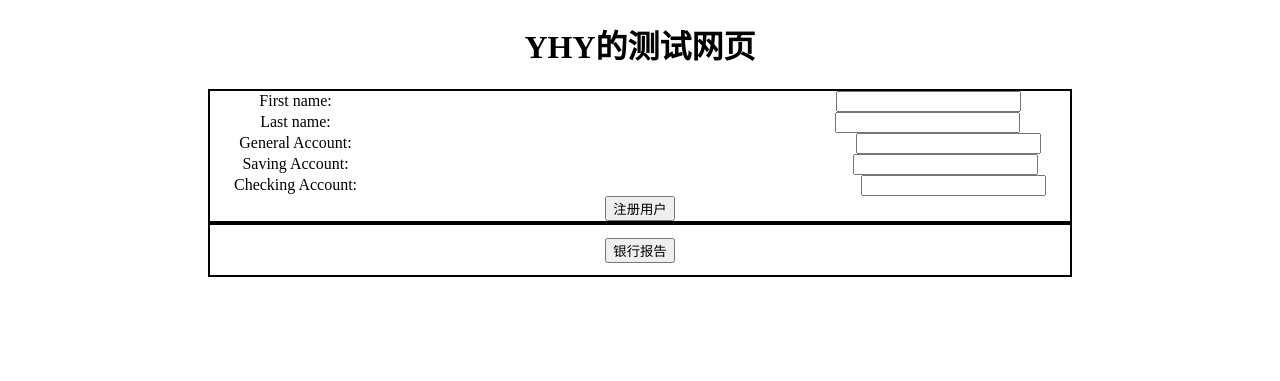
Repository: Darkmoon1/Bank-java-
Page: Bank/myBank/WebContent/home.html
These files come from the project's save history. The page is drawn as it stood at one moment and after the next save; the edit follows.
The browser window is 1280 px wide. The pictures show the whole page.

Above is the page before, as saved 2017-07-13 18:16:48.

### Bank/myBank/WebContent/home.html
<!DOCTYPE html>
<html lang="en">
<head>
	<meta charset="UTF-8">
    <meta name="viewport"
          content="width=device-width, user-scalable=no, initial-scale=1.0, maximum-scale=1.0, minimum-scale=1.0">
    <meta http-equiv="X-UA-Compatible" content="text/html">
    <script type="text/javascript" src="js/jquery.js"></script>
    <script type="text/javascript" src="js/test.js"></script>
    <style type="text/css">
    body{
        text-align:center;
    }
    div{
    	border: 2px solid black;
    	margin-left: 200px;
    	margin-right: 200px;
    }

    h1{
    	left:
    }
    .re{
    	height: 50px;
    }
    #report{
    	margin-top: 13px;
    }
    label{
    	margin-right: 500px;
    }
    </style>
<title>bank</title>
</head>
	<body>
	<h1>YHY的测试网页</h1>
	<div>
	<form action="MyServlet" method="post">
	<label>First name:</label>
	<input	id="fname" type="text" name="fname" required="required"/>
	<br>
	<label>Last name: </label>
  	<input id="lname" type="text" name="lname" required="required"/>
	<br>
  	<label>General Account:</label>
  	<input id="GA" type="text" name="GA" required="required"/>
	<br>
  	<label>Saving Account:</label>
  	<input id="SA" type="text" name="SA" required="required"/>
	<br>
  	<label>Checking Account:</label>
  	<input id="CA" type="text" name="CA" required="required"/>
	<br>
  	<input  id="regist"	type="submit"  value = "注册用户" />
	</form>
	</div>
	<div class = "re">
	<form action="MyReportServlet" method = "post">
	<input id="report" type="submit" value = "银行报告"/>
	</form>

	</div>
</body>
</html>

### Bank/myBank/WebContent/js/test.js
function regist(){


}

Loaded but not shown: Bank/myBank/WebContent/js/jquery.js (library)

After the next save:
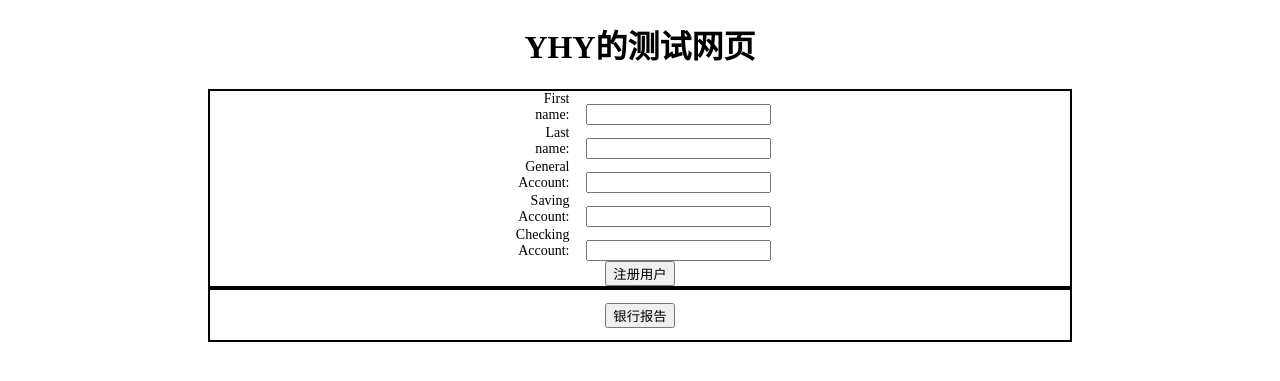
Saved 59 s later.
--- a/Bank/myBank/WebContent/home.html
+++ b/Bank/myBank/WebContent/home.html
@@ -27,7 +27,12 @@
     	margin-top: 13px;
     }
     label{
-    	margin-right: 500px;
+    	display: inline-block;
+  		width: 60px;
+    	margin-right: 12px;
+    	vertical-align: baseline;
+    	text-align: right;
+    	font-size: 14px;
     }
     </style>
 <title>bank</title>
